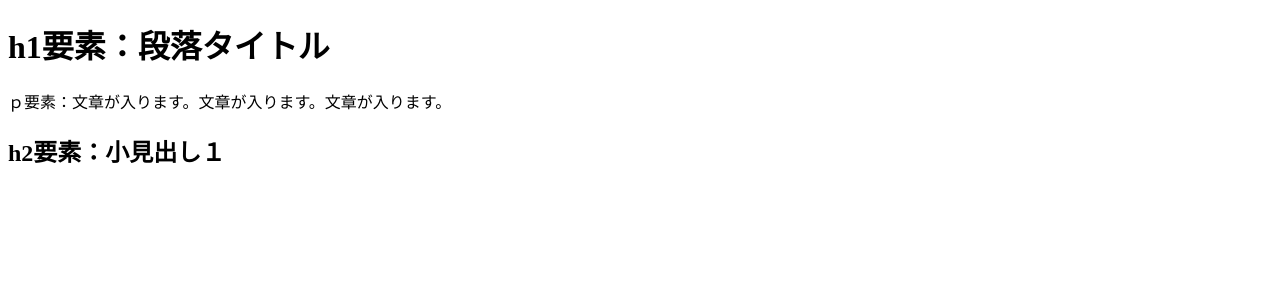
Repository: neomiyake/samurai_HTML-CSS
Page: 3章/index.html
The author's editor kept a record of every edit. The page is drawn from the files as they stood at one moment, then again after the next edit.
The browser window is 1280 px wide. The pictures show the whole page.

Above is the page before.

After the next edit:
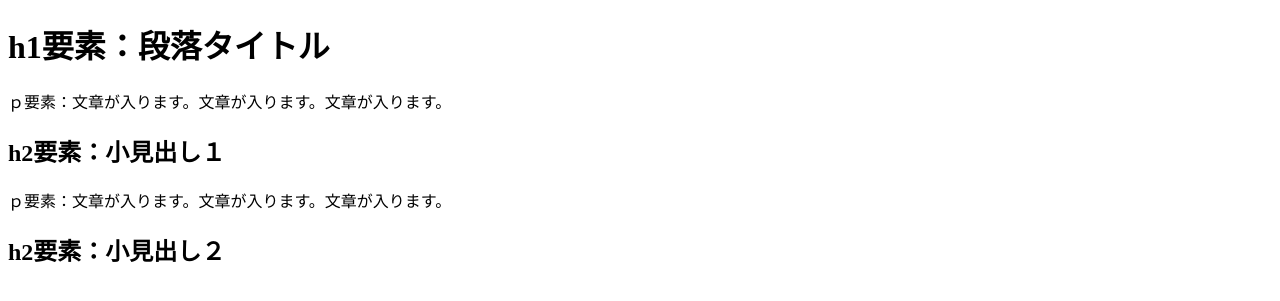
The edit:
--- a/3章/index.html
+++ b/3章/index.html
@@ -10,8 +10,8 @@
   <h1>h1要素：段落タイトル</h1>
   <p>ｐ要素：文章が入ります。文章が入ります。文章が入ります。</p>
   <h2>h2要素：小見出し１</h2>
-  <p></p>
-  <h2></h2>
+  <p>ｐ要素：文章が入ります。文章が入ります。文章が入ります。</p>
+  <h2>h2要素：小見出し２</h2>
   <p></p>
 </body>
 </html>
